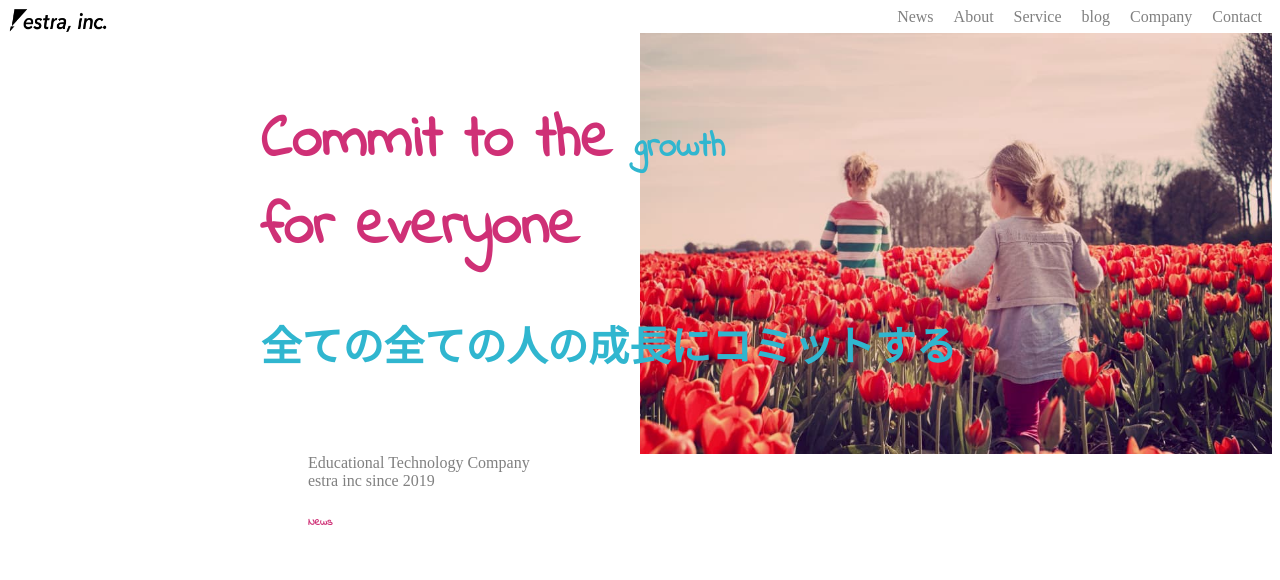
Repository: sigemasaasuka/20210902
Page: index.html
These files come from the project's save history. The page is drawn as it stood at one moment and after a run of saves; the edit follows.
The browser window is 1280 px wide. The pictures show the whole page.

Above is the page before, as saved 2021-09-08 17:27:52.

After the next 2 saves:
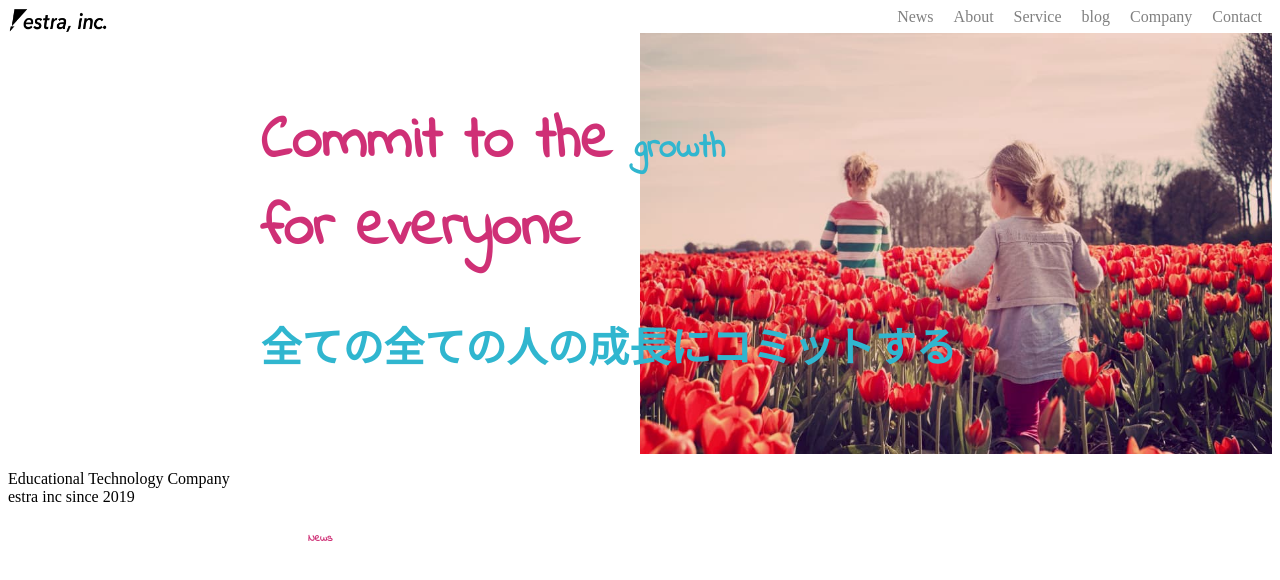
The 2 saves are shown as one change because they came seconds apart.
The last was saved 15 s later.
--- a/css/style.css
+++ b/css/style.css
@@ -51,6 +51,8 @@
   font-family: "Indie Flower", cursive;
 }
 
+document-txt
+
 .subtitle {
   margin: 0px 300px;
   color: gray;

After the 3 saves that followed:
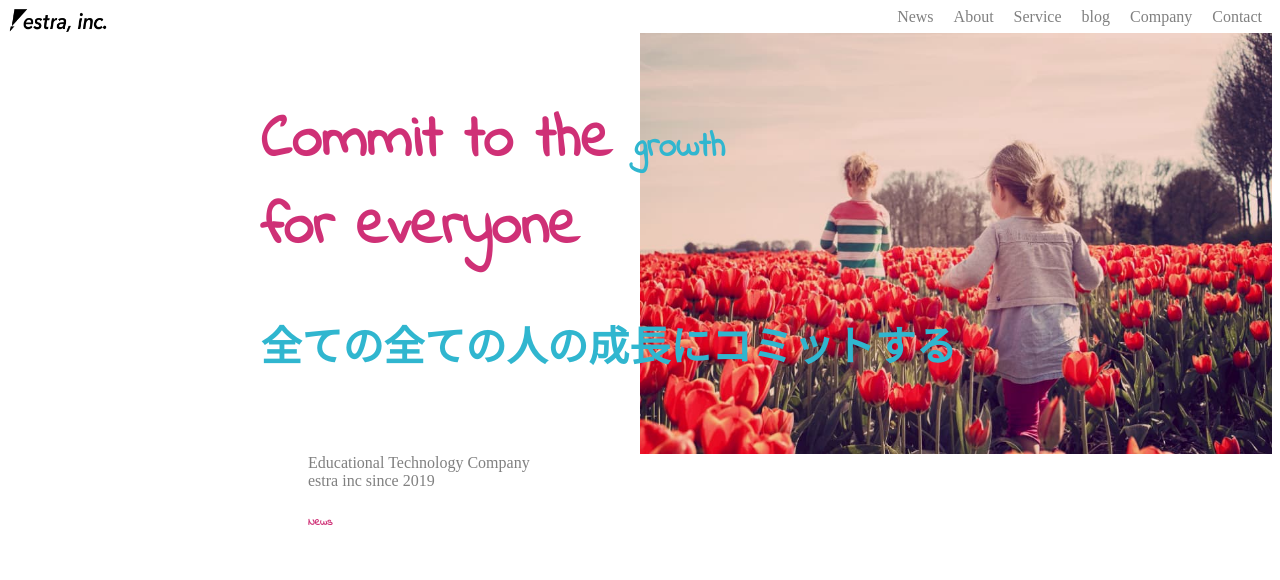
The 3 saves are shown as one change because 1 left the picture as it was and some came seconds apart.
The last was saved 16 s later.
--- a/css/style.css
+++ b/css/style.css
@@ -51,7 +51,9 @@
   font-family: "Indie Flower", cursive;
 }
 
-document-txt
+.document-txt {
+
+}
 
 .subtitle {
   margin: 0px 300px;
